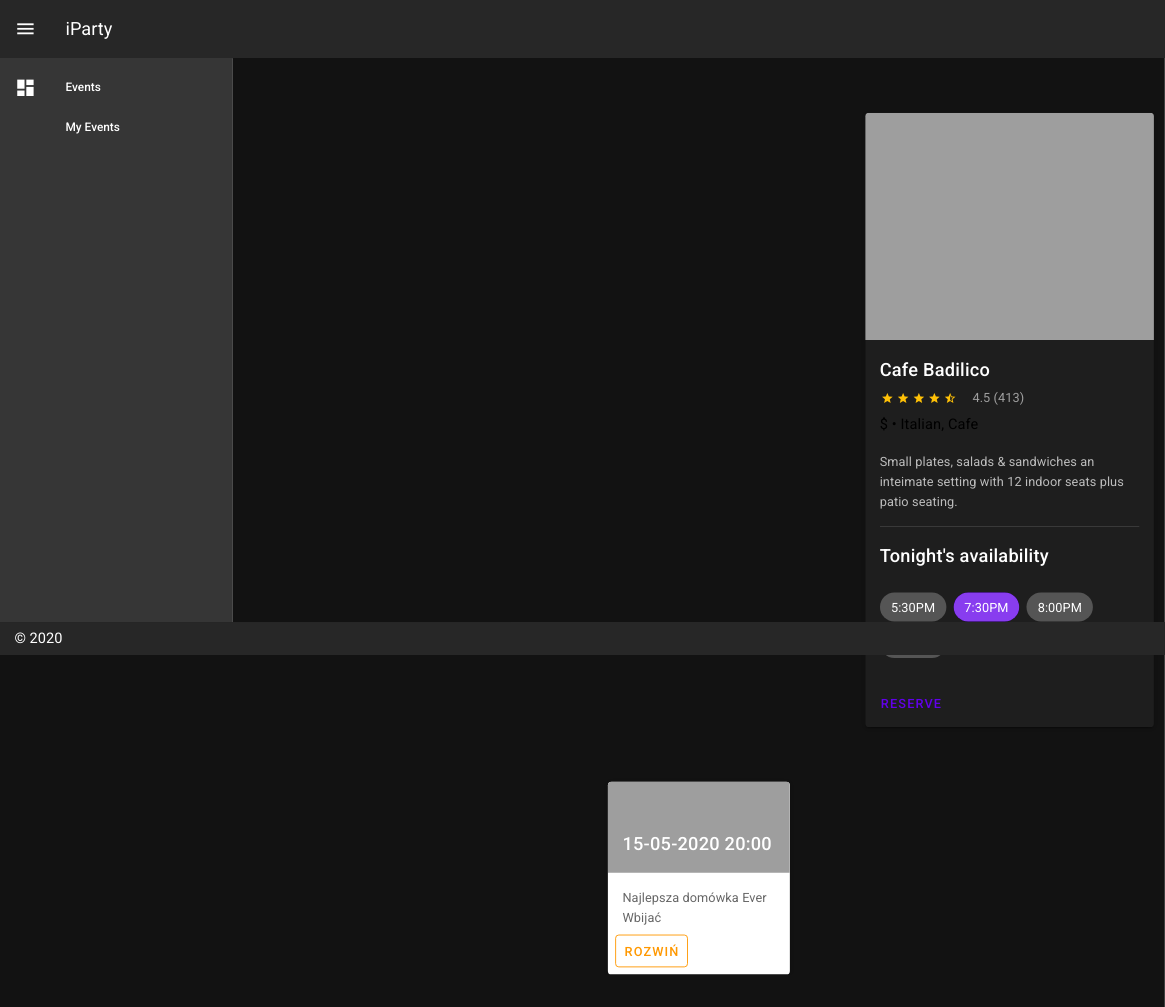
Repository: hexanek/partyapp
Page: /, after clicking the first element matching `button.v-btn--outlined`
An editor plug-in stored every save of this project. The page is shown before and after the next save, followed by the edit.
The browser window is 1280 px wide. The pictures show the whole page, at 91% of full size.
Pictures or frames that could not be fetched are drawn as grey boxes. The project was rebuilt for these pictures with package versions that can differ from the ones it lists, and the page was loaded fresh each time. Also part of the build but not shown: vue.config.js.

Above is the page before, as saved 2020-01-25 10:29:56.

After the next save:
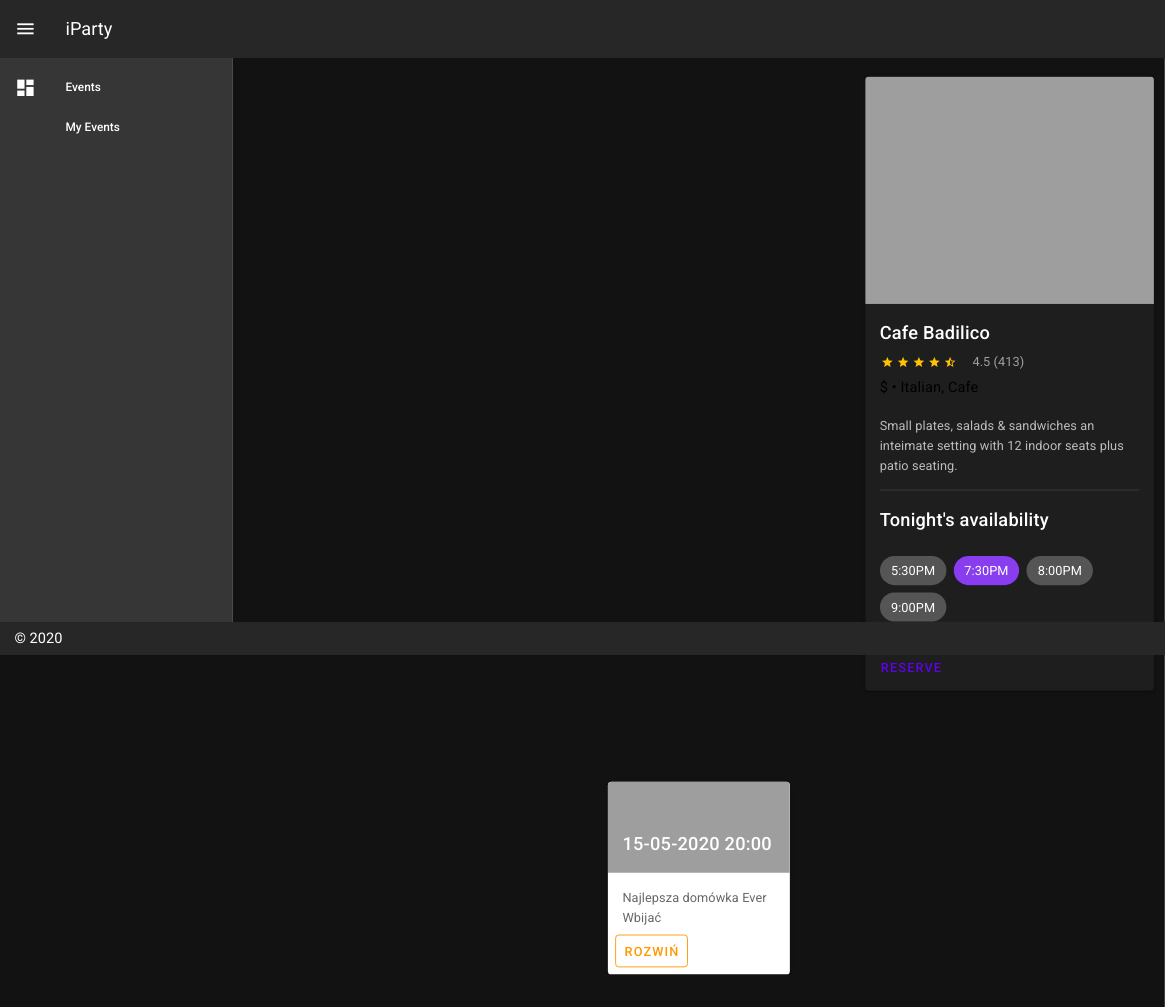
Saved 84 s later.
--- a/src/components/PopupDetails.vue
+++ b/src/components/PopupDetails.vue
@@ -95,5 +95,6 @@ export default {
 <style lang="scss" scoped>
 .pos {
   position: relative;
+  bottom: 40px;
 }
 </style>
